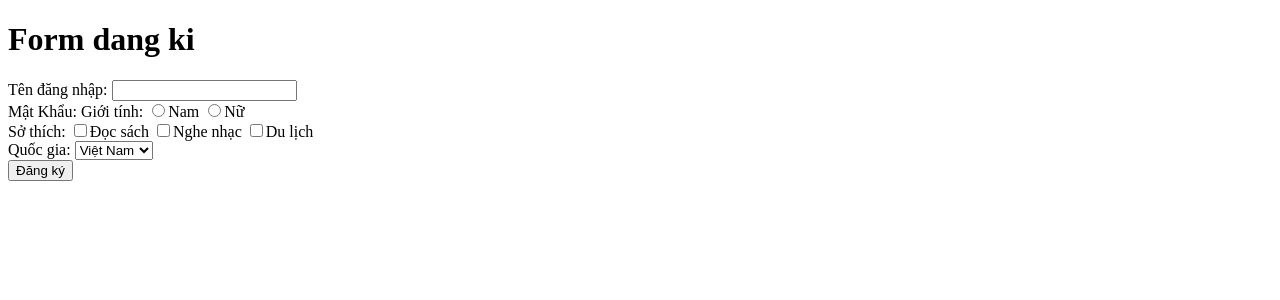
Repository: iamwind-dev/PHP
Page: http://localhost/tuan2/bai2/dangki.php
The author's editor kept a copy of each file at every save. The page is drawn from the files as they stood at one save, then again after a run of saves.
The browser window is 1280 px wide. The pictures show the whole page.
The page is run by PHP 8.4 with error messages shown; the project is at /var/www/html/.

Above is the page before, as saved 2023-09-15 17:00:44.

After the next 2 saves:
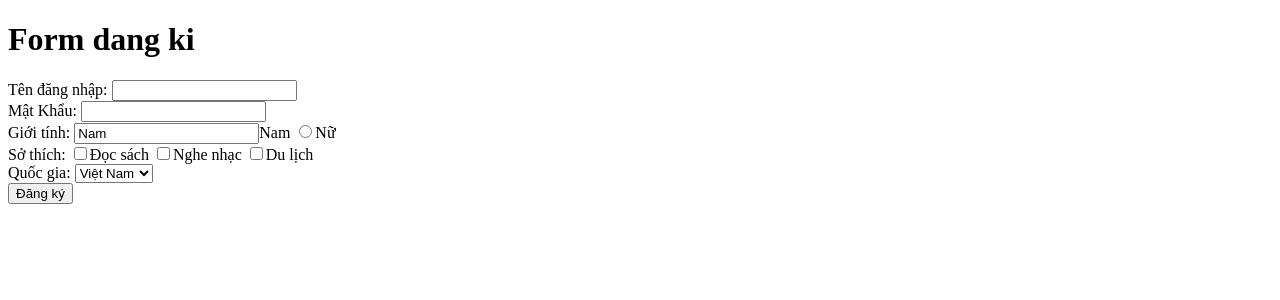
The 2 saves are shown as one change because they came seconds apart.
The last was saved 8 s later.
--- a/tuan2/bai2/dangki.php
+++ b/tuan2/bai2/dangki.php
@@ -11,9 +11,9 @@
     <h1>Form dang ki</h1>
     <form action="trangxuli.php" method="post">
         Tên đăng nhập: <input type="text" name="username"><br>
-        Mật Khẩu:
+        Mật Khẩu: <input type="text" name="password"><br>
         Giới tính:
-        <input type="radio" name="gender" value="Nam">Nam
+        <input type=" radio" name="gender" value="Nam">Nam
         <input type="radio" name="gender" value="Nữ">Nữ
         <br>
         Sở thích:
